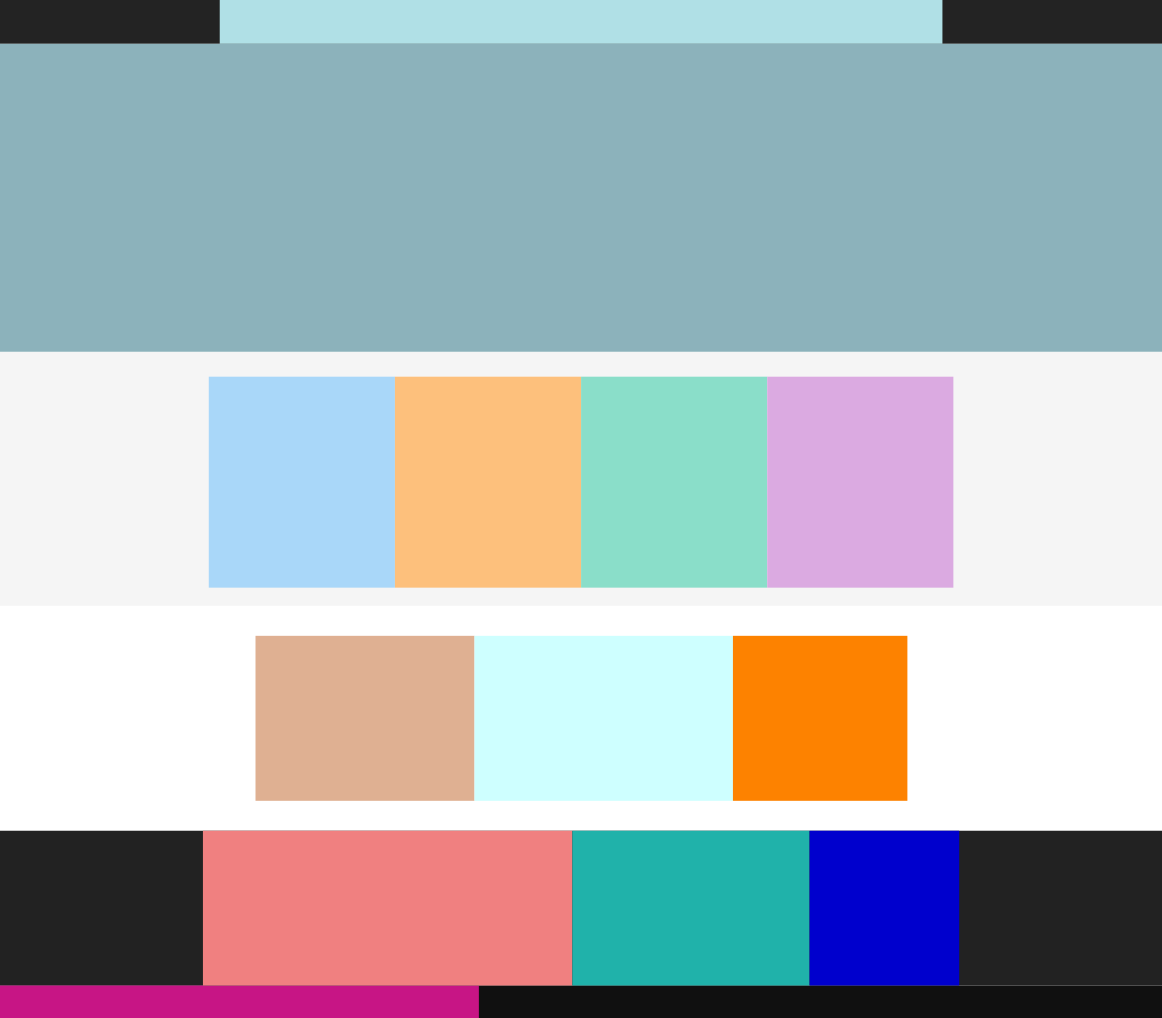
Repository: A1LExX/H5_study_set
Page: day04/千锋.html
An editor plug-in stored every save of this project. The page is shown before and after the next save, followed by the edit.
The browser window is 1280 px wide. The page is 1592 px wide, so the pictures cover 1592 px, including what lies to the right of the window. The pictures show the whole page, at 73% of full size.

Above is the page before, as saved 2021-06-24 19:39:12.

After the next save:
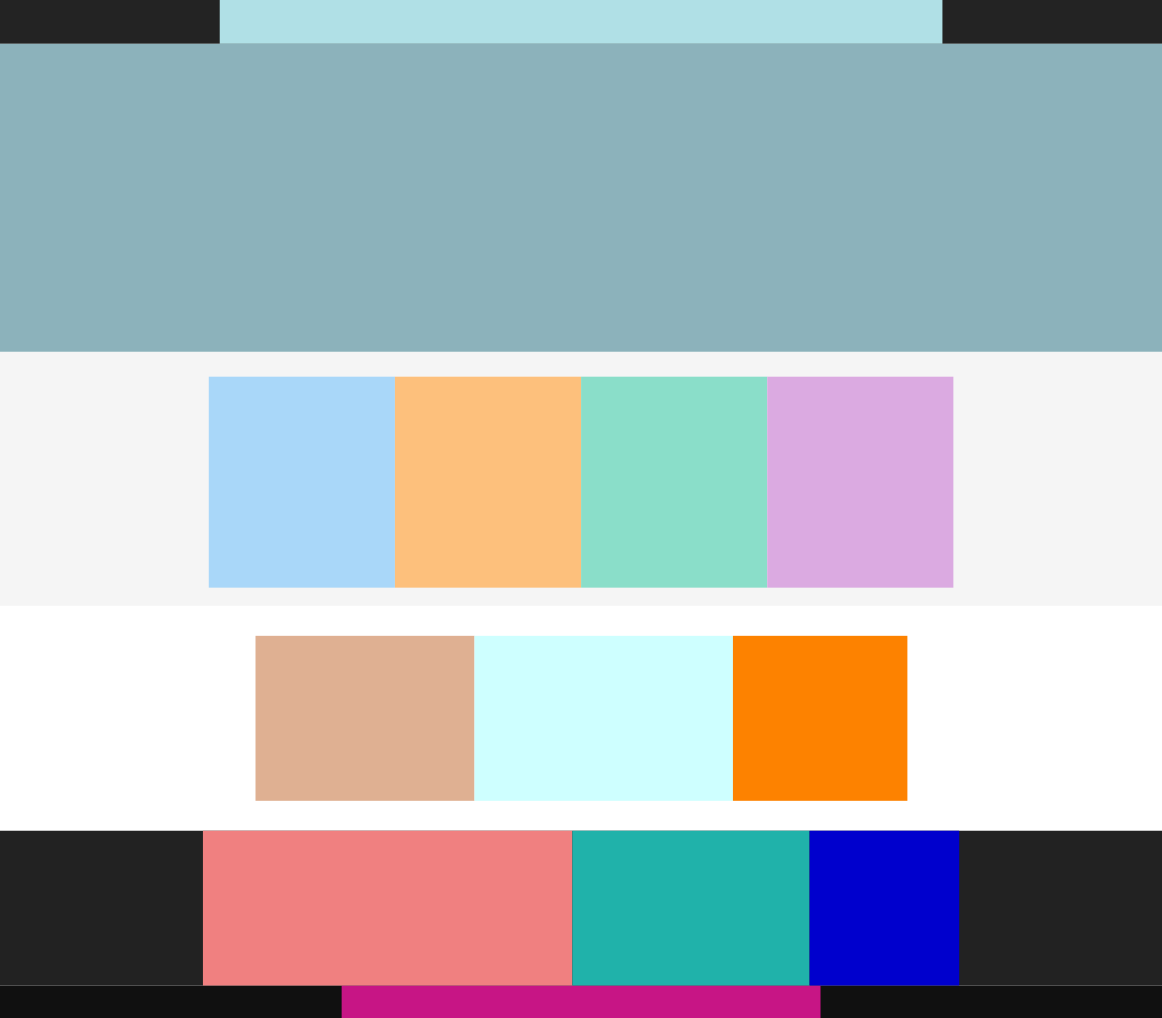
Saved 1 s later.
--- a/day04/css/qianfeng.css
+++ b/day04/css/qianfeng.css
@@ -2,7 +2,7 @@
  * @author [Alex Wei]
  * @email [w2262196@outlook.com]
  * @create date 2021-06-24 17:35:50
- * @modify date 2021-06-24 19:39:05
+ * @modify date 2021-06-24 19:39:13
  * @desc [description]
  */
 * {
@@ -144,4 +144,5 @@
     width: 656px;
     height: 45px;
     background: mediumvioletred;
+    margin: 0 auto;
 }
